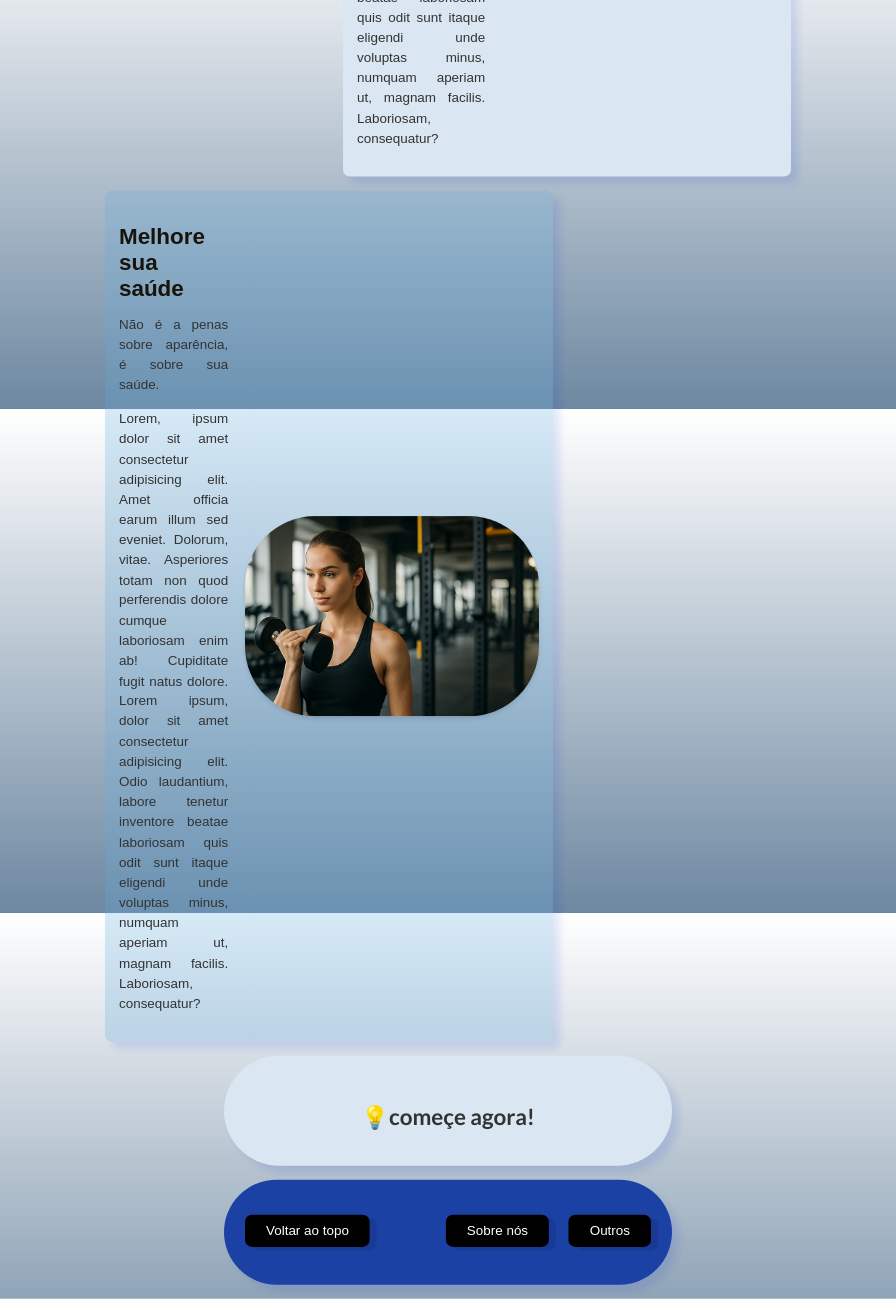
Repository: LuidyOn/Site_Forca_Total
Page: ForçaTotal/index.html
An editor plug-in stored every save of this project. The page is shown before and after the next save, followed by the edit.
The browser window is 1280 px wide. The pictures show the part of the page from y = 2296 to 4216 px (the page is 4151 px tall before and 4216 px after), at 70% of full size.
Backgrounds fixed to the window are drawn as part of the page.

Above is the page before, as saved 2025-05-22 20:25:13.
Not found: ForçaTotal/js/script.js

### ForçaTotal/index.html
<!DOCTYPE html>
<html lang="pt-br">

<head>
    <meta charset="UTF-8">
    <meta name="viewport" content="width=device-width, initial-scale=1.0">
    <title>Força Total</title>
    <link rel="stylesheet" href="css/style.css">
    <link rel="shortcut icon" href="img/icons/logo.ico" type="image/x-icon">
</head>

<body>
    <header style="display: flex; align-items: center; justify-content: center; gap: 16px; padding: 8px 0; position: fixed; top: 0; left: 0; width: 100%; background: #1c41a5; z-index: 1000; box-shadow: 0 2px 8px rgba(0,0,0,0.05);">
        <img src="img/logo.jpg" alt="Imagem logo" style="height: 50px; width: auto;">
        <div style="text-align: left;">
            <h1 style="margin: 0; font-size: 1.5em;">Força Total</h1>
            <p style="margin: 0; color: rgb(207, 207, 207); font-size: 0.95em;">Parece uma Moça? Totalize sua Força!</p>
        </div>
    </header>
    <div style="height: 74px;"></div>

<img src="img/bannerpeso.png" alt="mulher com peso" style="width: 100%; height: auto; margin-top: 10px;">

    <section class="variacao" style="display: flex; align-items: center; justify-content: space-between; margin-left: 150px;">
        <div style="flex: 1;">
            <h2>Escolha seu exercício</h2>
            <p>Não é apenas sobre aparência, é sobre sua saúde.</p>
            <p>Lorem, ipsum dolor sit amet consectetur adipisicing elit. Amet officia earum illum sed eveniet. Dolorum, vitae. Asperiores totam non quod perferendis dolore cumque laboriosam enim ab! Cupiditate fugit natus dolore. Lorem ipsum, dolor sit amet consectetur adipisicing elit. Odio laudantium, labore tenetur inventore beatae laboriosam quis odit sunt itaque eligendi unde voluptas minus, numquam aperiam ut, magnam facilis. Laboriosam, consequatur?</p>
        </div>
        <img src="img/prancha.png" alt="Exercício" style="width: 420px; height: auto; border-radius: 100px; margin-left: 24px;">
    </section>
    <section style="background-color: #dae6f1; padding: 20px; text-align: justify; margin-right: 150px; display: flex; align-items: center; justify-content: space-between;">
        <div style="flex: 1;">
            <h2>Acompanhe sua evolução</h2>
            <p>Não é apenas sobre aparência, é sobre sua saúde.</p>
            <p>Lorem, ipsum dolor sit amet consectetur adipisicing elit. Amet officia earum illum sed eveniet. Dolorum, vitae. Asperiores totam non quod perferendis dolore cumque laboriosam enim ab! Cupiditate fugit natus dolore. Lorem ipsum, dolor sit amet consectetur adipisicing elit. Odio laudantium, labore tenetur inventore beatae laboriosam quis odit sunt itaque eligendi unde voluptas minus, numquam aperiam ut, magnam facilis. Laboriosam, consequatur?</p>
        </div>
        <img src="img/agachamento.png" alt="Exercício" style="width: 420px; height: auto; border-radius: 100px; margin-left: 24px;">
    </section>

    <section class="variacao" style=" padding: 20px; text-align: justify; margin-left: 150px; display: flex; align-items: center; justify-content: space-between;">
        <div style="flex: 1;">
            <h2>Melhore sua saúde</h2>
            <p>Não é a penas sobre aparência, é sobre sua saúde.</p>
            <p>Lorem, ipsum dolor sit amet consectetur adipisicing elit. Amet officia earum illum sed eveniet. Dolorum, vitae. Asperiores totam non quod perferendis dolore cumque laboriosam enim ab! Cupiditate fugit natus dolore. Lorem ipsum, dolor sit amet consectetur adipisicing elit. Odio laudantium, labore tenetur inventore beatae laboriosam quis odit sunt itaque eligendi unde voluptas minus, numquam aperiam ut, magnam facilis. Laboriosam, consequatur?</p>
        </div>
        <img src="img/peso.png" alt="Exercício" style="width: 420px; height: auto; border-radius: 100px; margin-left: 24px;">
    </section>

    <a href="paginas/sobrenos.html" style="text-decoration: none; color: inherit; font-family: 'Lato', Arial, sans-serif;">
        <section class="clicavel-section" style="font-family: 'Lato', Arial, sans-serif; font-size: 2em;">
            <h1 style="text-align: center; font-family: 'Lato', Arial, sans-serif; font-size: 1em;">💡começe agora!</h1>
        </section>
    </a>
    <!-- Adicione no <head> para garantir a fonte Lato -->
    <link href="https://fonts.googleapis.com/css?family=Lato:400,700&display=swap" rel="stylesheet">

    <section style=" background-color: #1c41a5; padding: 10px; text-align: justify; height: 150px; padding: 1px 20px;  border-radius: 1000px;">
  <h3 style="text-align: left;">
    <span>
    <a href="index.html"><button id="botao">Voltar ao topo</button></a>
    </span>
    <span style="float: right;">
      <a href="paginas/sobrenos.html"><button>Sobre nós</button></a>
      <a href="paginas/outros.html"><button>Outros</button></a>
    </span>
  </h3>

  </section>

    <script src="js/script.js"></script>
</body>
</html>

### ForçaTotal/css/style.css
/* Resetando algumas margens e paddings padrão */
@charset "UTF-8";

* {
  margin: 100;
  padding: 0;
  box-sizing: border-box;

}

body {
  font-family: 'Arial', sans-serif;
  text-align: left;
  background-image: linear-gradient(to bottom, #ffffff, #6d88a1);
  background-attachment: fixed;
  margin: 0;
  padding: 0;
  color: #333;
  width: 100vw;
  min-height: 100vh;
}

header {
  display: flex;
  align-items: center;
  justify-content: center;
  gap: 16px;
  position: fixed;
  top: -20px;
  left: 0;
  width: 100%;
  background: #10315e;
  z-index: 1000;
  box-shadow: 0 2px 8px rgba(0,0,0,0.05);
  background-color: #0a2a83;
  color: white;
  text-align: center;
  padding: 20px;
  font-size: 1.2rem;
}

header img {
  width: 150px;
  margin-bottom: 20px;
  border-radius: 50%;
}

h1 {
  font-size: 2.5rem;
  margin-bottom: 10px;
  font-weight: bold;
}

h2 {
  font-size: 2rem;
  margin-bottom: 10px;
  font-weight: bold;
}

h3 {
  font-size: 1.8rem;
  margin-bottom: 10px;
  font-weight: 300;
  text-align: center;
}

h4 {
  font-size: 1.5rem;
  margin-bottom: 10px;
  font-weight: 300;
  margin-left: 10px;
}

h5 {
  font-size: 1.3rem;
  margin-bottom: 10px;
  font-weight: 300;
  margin-left: 20px;
}

ul {
  padding: 0;
  margin-left: 100px;
}
ol {
  list-style-type: decimal;
  margin: 0;
}

p {
  font-size: 1.2rem;
  font-weight: 300;
}

section {
  padding: 40px 20px;
  background-color: #dae6f1;
  margin: 20px 0;
  border-radius: 10px;
  box-shadow: 10px 10px 10px rgba(0, 42, 228, 0.1);
  width: 50%;
  margin-left: auto;
  margin-right: auto;
  display: block;
  align-items: center;
  justify-content: space-between;
}

.variacao {
  background-color: rgba(99, 173, 219, 0.262);
}

.clicavel {
  cursor: pointer;
  transition: background-color 0.3s ease;
}
.clicavel-section {
  border-radius: 1000px;
  cursor: pointer;
  transition: transform 0.2s, box-shadow 0.2s;
}
.clicavel-section:hover {
  transform: scale(1.03);
  box-shadow: 0 4px 16px rgba(28, 65, 165, 0.15);
}

section h2 {
  font-size: 2rem;
  margin-bottom: 10px;
  color: rgb(24, 20, 11);
}

section p {
  font-size: 1.2rem;
  line-height: 1.5;
  margin-bottom: 20px;
}

section img {
  width: 25%;
  max-width: 600px;
  border-radius: 10px;
  box-shadow: 0px 4px 6px rgba(0, 0, 0, 0.1);
  margin-left: px;
}

button {
  padding: 12px 30px;
  font-size: 1.2rem;
  background-color: #000000;
  color: white;
  border: none;
  border-radius: 10px;
  cursor: pointer;
  transition: background-color 0.3s ease, transform 0.2s ease;
  margin-top: 20px;
  margin-left: 10px;
  margin-right: 10px;
  box-shadow: 10px 5px 1px rgba(0, 0, 0, 0.1);

}

button:hover {
  background-color: #325f90;
  transform: translateY(-2px);
}

button:active {
  transform: translateY(0);
}

footer {
  background-color: #222;
  color: white;
  padding: 20px;
  font-size: 1rem;
  text-align: center;
  margin-top: 40px;
  left: 0;
  bottom: 0;
  width: 100vw;
  z-index: 100;
}

footer p {
  font-weight: 300;
  margin-left: -1000px;

}

@media screen and (max-width: 768px) {
  header h1 {
      font-size: 2rem;
  }

  section h2 {
      font-size: 1.8rem;
  }

  button {
      padding: 10px 25px;
  }
}

After the next save:
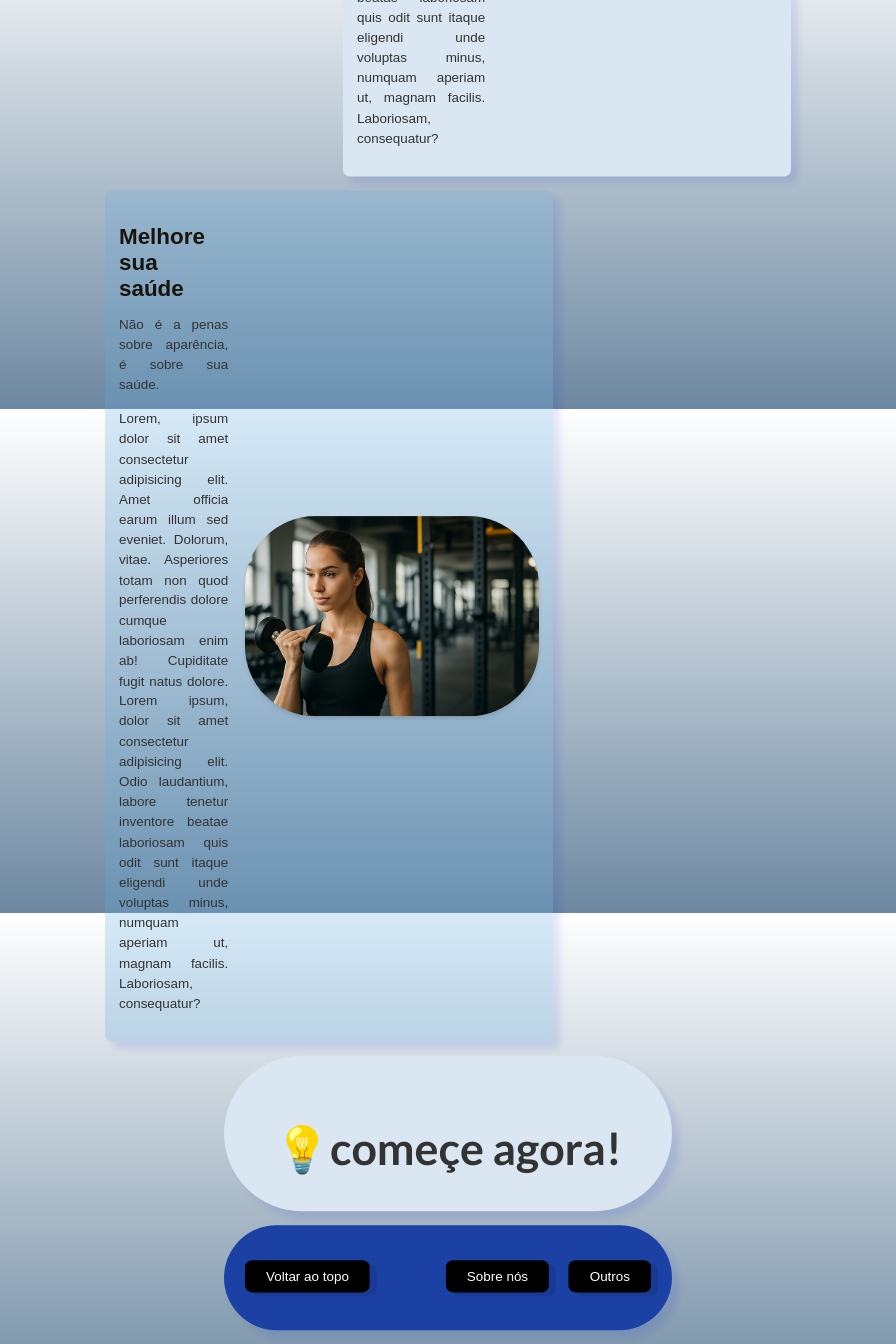
Saved 50 s later.
--- a/ForçaTotal/index.html
+++ b/ForçaTotal/index.html
@@ -49,7 +49,7 @@
 
     <a href="paginas/sobrenos.html" style="text-decoration: none; color: inherit; font-family: 'Lato', Arial, sans-serif;">
         <section class="clicavel-section" style="font-family: 'Lato', Arial, sans-serif; font-size: 2em;">
-            <h1 style="text-align: center; font-family: 'Lato', Arial, sans-serif; font-size: 1em;">💡começe agora!</h1>
+            <h1 style="text-align: center; font-family: 'Lato', Arial, sans-serif; font-size: 2em;">💡começe agora!</h1>
         </section>
     </a>
     <!-- Adicione no <head> para garantir a fonte Lato -->

After the save that followed:
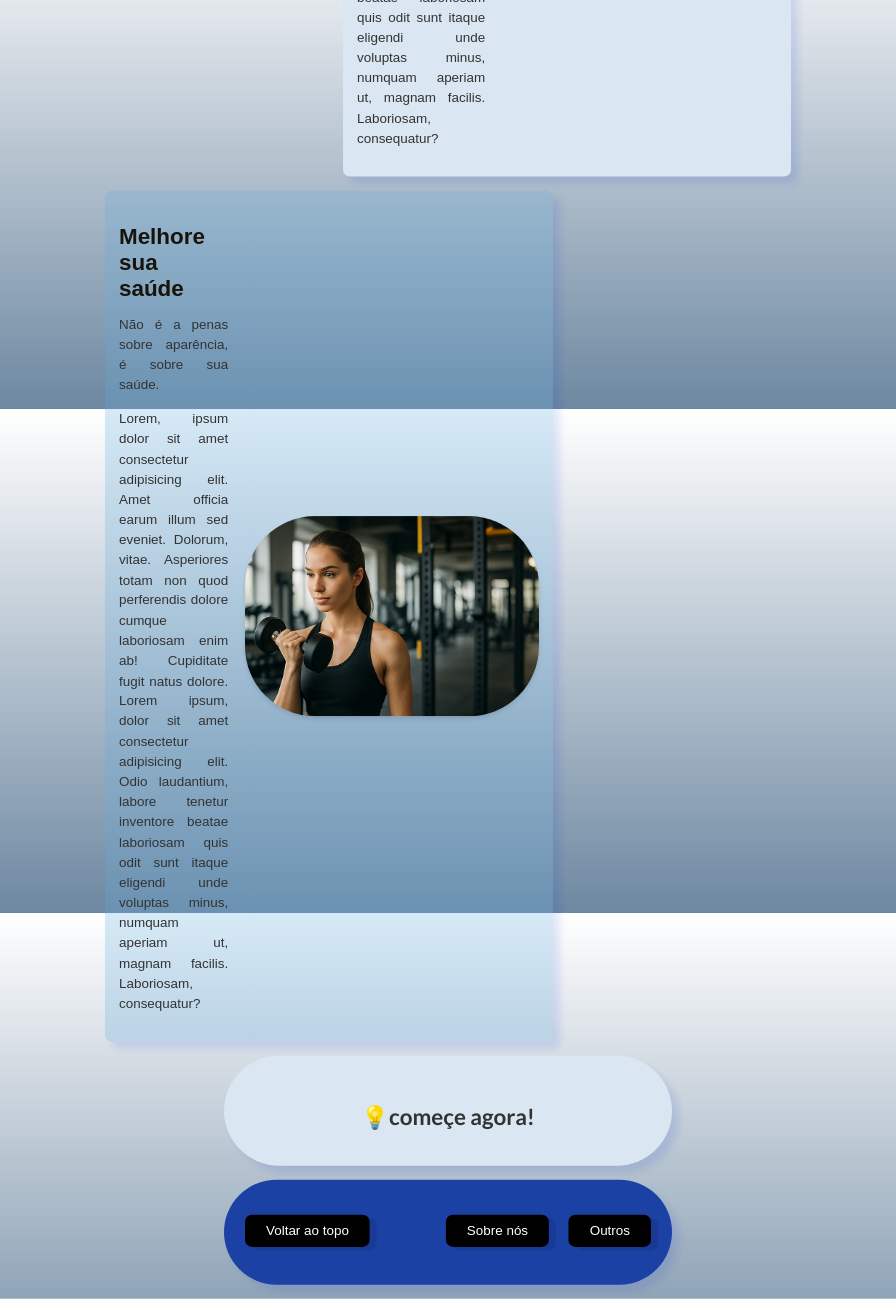
Saved 29 s later.
--- a/ForçaTotal/index.html
+++ b/ForçaTotal/index.html
@@ -49,7 +49,7 @@
 
     <a href="paginas/sobrenos.html" style="text-decoration: none; color: inherit; font-family: 'Lato', Arial, sans-serif;">
         <section class="clicavel-section" style="font-family: 'Lato', Arial, sans-serif; font-size: 2em;">
-            <h1 style="text-align: center; font-family: 'Lato', Arial, sans-serif; font-size: 2em;">💡começe agora!</h1>
+            <h1 style="text-align: center; font-family: 'Lato', Arial, sans-serif; font-size: 1em;">💡começe agora!</h1>
         </section>
     </a>
     <!-- Adicione no <head> para garantir a fonte Lato -->
